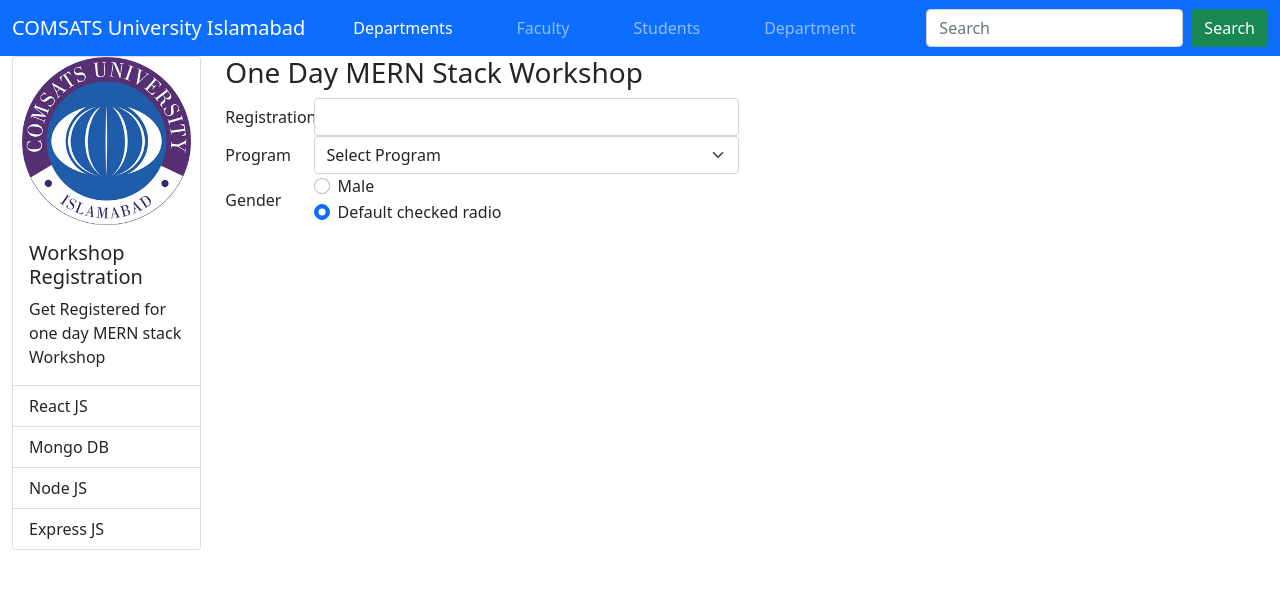
Repository: SaudCh/Web-Mid-Exams
Page: /register
These files come from the project's save history. The page is drawn as it stood at one moment and after the next save; the edit follows.
The browser window is 1280 px wide. The pictures show the whole page.
The project was rebuilt for these pictures with package versions that can differ from the ones it lists, and the page was loaded fresh each time.

Above is the page before, as saved 2021-11-22 11:06:52.

### src/App.js
import React from "react";
import { BrowserRouter as Router, Switch, Route } from "react-router-dom";
import "../node_modules/bootstrap/dist/css/bootstrap.min.css";
import "../node_modules/bootstrap/dist/js/bootstrap.bundle.min";
import Header from "./Shared/Header";
import SideBar from "./Shared/SideBar";
import Register from "./Register/register";

export default function App() {
  return (
    <Router>
      <Header />
      <div className="container-fluid">
        <div className="row">
          <div className="col-2">
            <SideBar />
          </div>
          <div className="col-10">
            <Switch>
              <Route path="/" exact>
                <div></div>
              </Route>
              <Route path="/register/" exact>
                <Register />
              </Route>
            </Switch>
          </div>
        </div>
      </div>
    </Router>
  );
}

### src/Shared/Header.jsx
import React from "react";
import { Link } from "react-router-dom";
export default function Header() {
  return (
    <nav class="navbar navbar-expand-lg navbar-dark bg-primary">
      <div class="container-fluid">
        <Link to="/" class="navbar-brand" href="#">
          COMSATS University Islamabad
        </Link>
        <button
          class="navbar-toggler"
          type="button"
          data-bs-toggle="collapse"
          data-bs-target="#navbarSupportedContent"
          aria-controls="navbarSupportedContent"
          aria-expanded="false"
          aria-label="Toggle navigation"
        >
          <span class="navbar-toggler-icon"></span>
        </button>
        <div class="collapse navbar-collapse" id="navbarSupportedContent">
          <ul class="navbar-nav me-auto mb-2 mb-lg-0">
            <li class="nav-item mx-md-4">
              <Link to="/" class="nav-link active" aria-current="page" href="#">
                Departments
              </Link>
            </li>
            <li class="nav-item mx-md-4">
              <Link to="/" class="nav-link" href="#">
                Faculty
              </Link>
            </li>

            <li class="nav-item mx-md-4">
              <Link
                to="/"
                class="nav-link"
                href="#"
                tabindex="-1"
                aria-disabled="true"
              >
                Students
              </Link>
            </li>
            <li class="nav-item mx-md-4">
              <Link
                to="/"
                class="nav-link"
                href="#"
                tabindex="-1"
                aria-disabled="true"
              >
                Department
              </Link>
            </li>
          </ul>
          <form class="d-flex">
            <input
              class="form-control me-2"
              type="search"
              placeholder="Search"
              aria-label="Search"
            />
            <button
              class="btn btn-outline-success btn-success text-white"
              type="submit"
            >
              Search
            </button>
          </form>
        </div>
      </div>
    </nav>
  );
}

### src/Shared/SideBar.jsx
import React from "react";
import logo from "../public/comsats-logo.png";

export default function SideBar() {
  return (
    <div class="card">
      <img
        src={logo}
        class="card-img-top"
        style={{ width: "90%", alignSelf: "center" }}
        alt="..."
      />
      <div class="card-body">
        <h5 class="card-title">Workshop Registration</h5>
        <p class="card-text">Get Registered for one day MERN stack Workshop</p>
      </div>
      <ul class="list-group list-group-flush">
        <li class="list-group-item">React JS</li>
        <li class="list-group-item">Mongo DB</li>
        <li class="list-group-item">Node JS</li>
        <li class="list-group-item">Express JS</li>
      </ul>
    </div>
  );
}

### src/Register/register.jsx
import React from "react";

export default function register() {
  return (
    <div>
      <h3>One Day MERN Stack Workshop</h3>
      <form>
        {/*********Registration********** */}
        <div class="row g-3 align-items-center">
          <div class="col-1">
            <label for="registration" class="col-form-label">
              Registration
            </label>
          </div>
          <div class="col-5">
            <input
              type="text"
              id="registration"
              class="form-control"
              aria-describedby="passwordHelpInline"
            />
          </div>
        </div>
        {/*********Program****** */}
        <div class="row g-3 align-items-center">
          <div class="col-1">
            <label for="program" class="col-form-label">
              Program
            </label>
          </div>
          <div class="col-5">
            <select id="program" class="form-select">
              <option>Select Program</option>
            </select>
          </div>
        </div>
        {/*********Gender****** */}
        <div class="row g-3 align-items-center">
          <div class="col-1">
            <label for="gender" class="col-form-label">
              Gender
            </label>
          </div>
          <div class="col-5">
            <div class="form-check">
              <input
                class="form-check-input"
                type="radio"
                name="flexRadioDefault"
                id="flexRadioDefault1"
              />
              <label class="form-check-label" for="flexRadioDefault1">
                Male
              </label>
            </div>
            <div class="form-check">
              <input
                class="form-check-input"
                type="radio"
                name="flexRadioDefault"
                id="flexRadioDefault2"
                checked
              />
              <label class="form-check-label" for="flexRadioDefault2">
                Default checked radio
              </label>
            </div>
          </div>
        </div>
      </form>
    </div>
  );
}

Loaded but not shown: public/index.html (common file); src/index.js (common file); src/index.css (common file); src/reportWebVitals.js (common file)

After the next save:
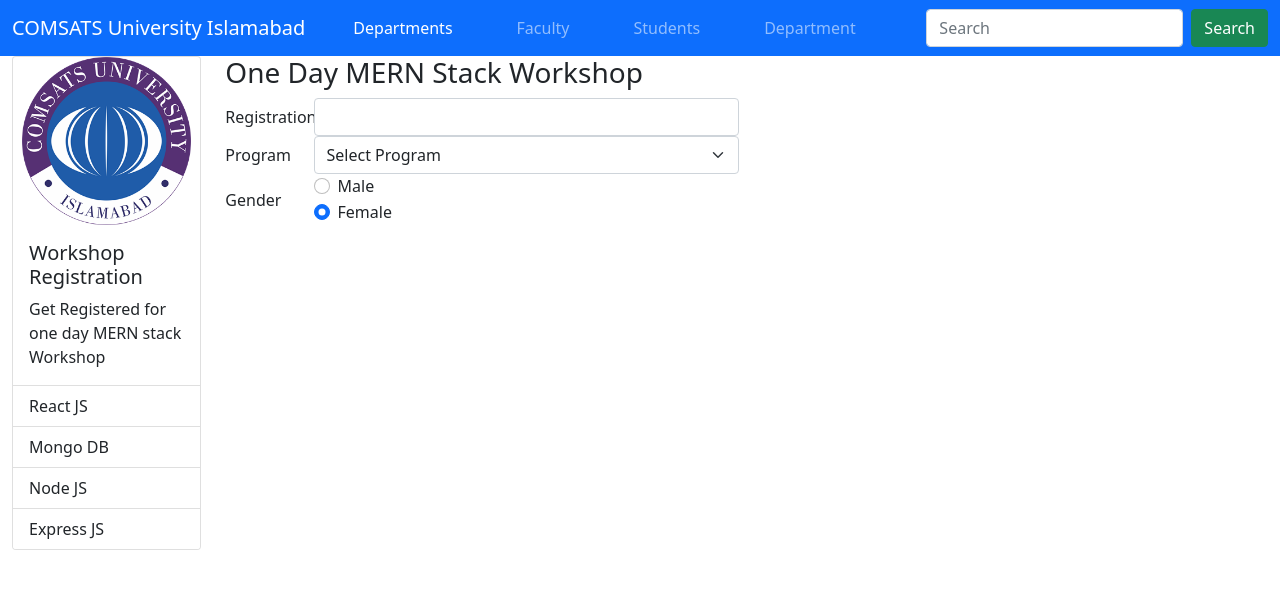
Saved 7 s later.
--- a/src/Register/register.jsx
+++ b/src/Register/register.jsx
@@ -62,7 +62,7 @@
                 checked
               />
               <label class="form-check-label" for="flexRadioDefault2">
-                Default checked radio
+                Female
               </label>
             </div>
           </div>
